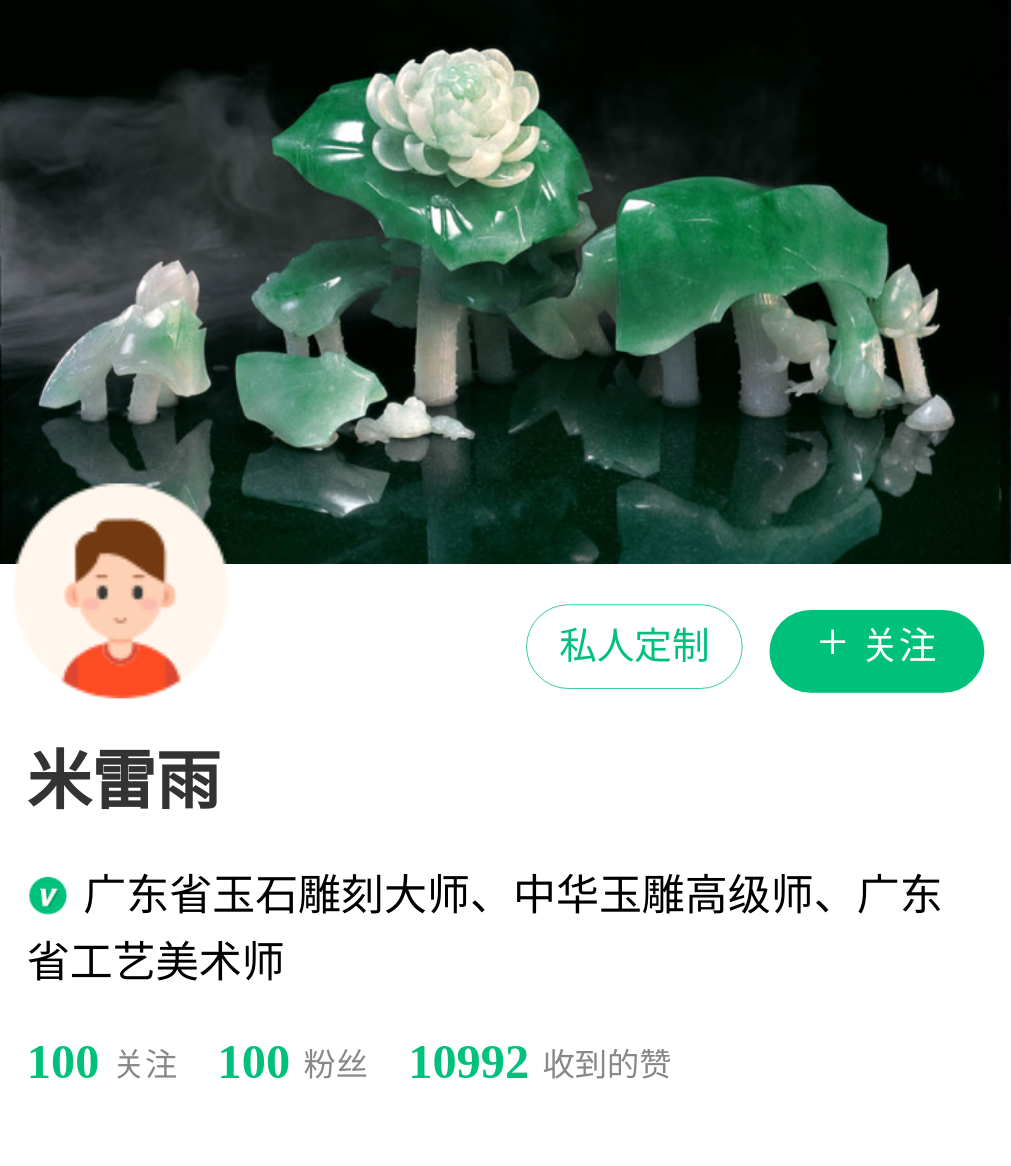
Repository: 1yanglulu/-
Page: html/jadecarvemaincenter.html
The author's editor kept a copy of each file at every save. The page is drawn from the files as they stood at one save, then again after the next save.
The browser window is 1280 px wide. The pictures show the whole page, at 79% of full size.

Above is the page before, as saved 2020-01-07 14:50:29.

After the next save:
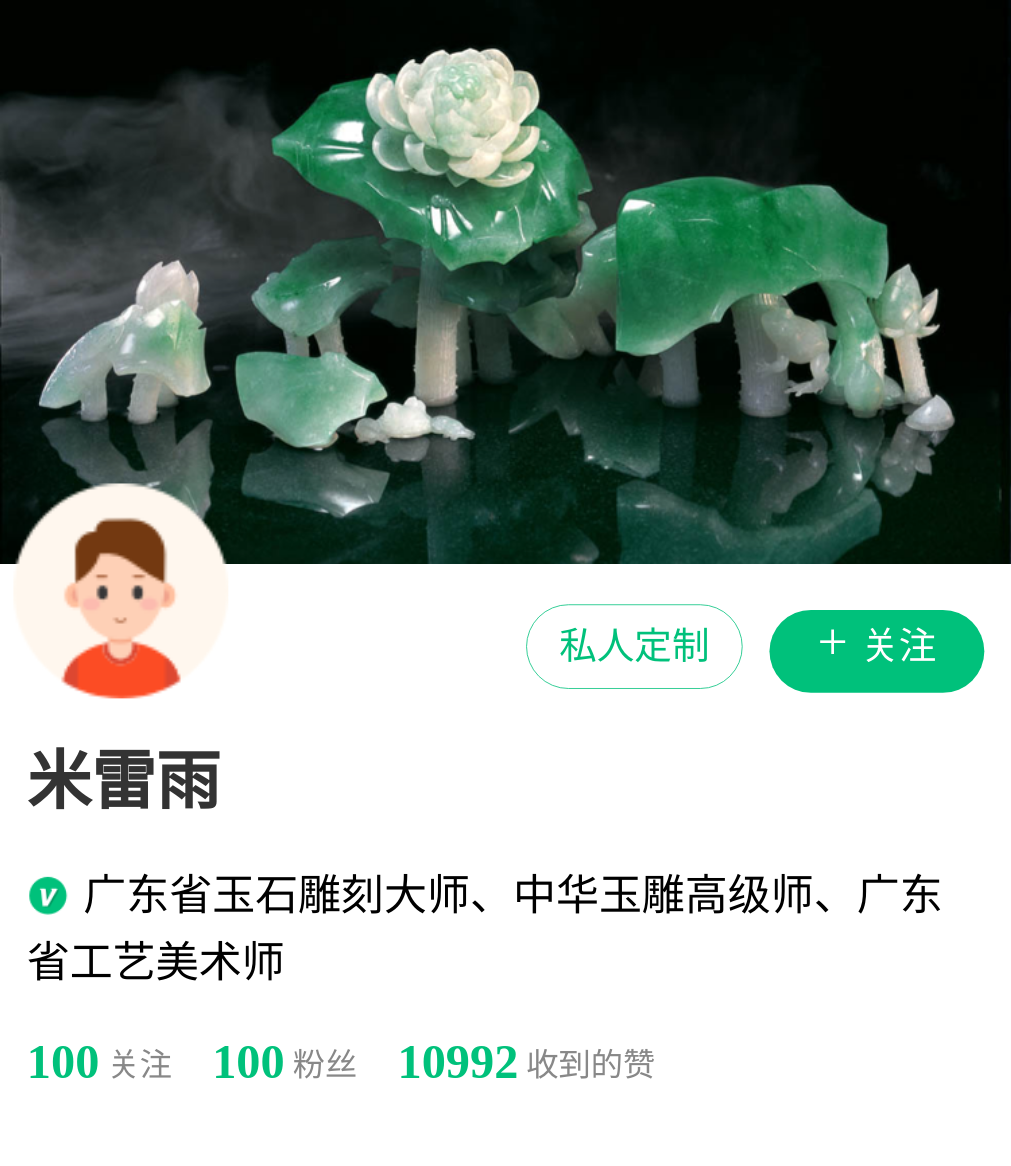
Saved 17 s later.
--- a/css/jadecarvemaincenter.css
+++ b/css/jadecarvemaincenter.css
@@ -100,7 +100,7 @@
   margin-left: .3rem;
   vertical-align: bottom;
   line-height: 0.36rem;
-  margin-right: .1rem;
+  margin-right: .06rem;
 }
 .jade-hot-num .for-num:first-child{
   margin-left: 0;
